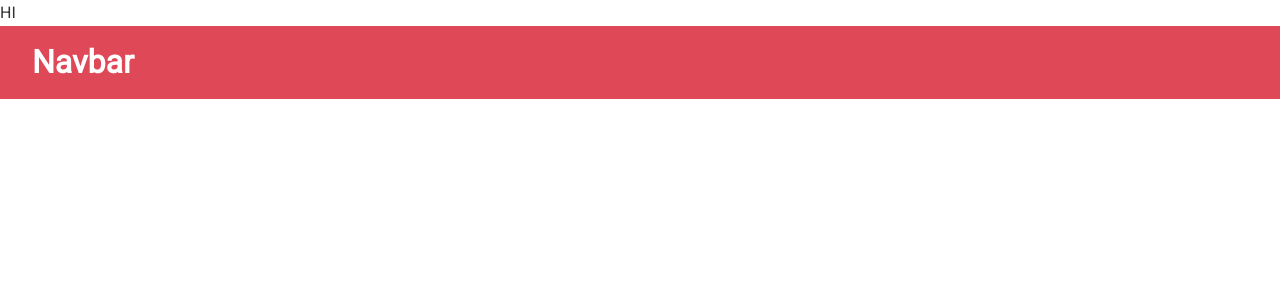
Repository: madebymt/github-finder
Page: /
The author's editor kept a copy of each file at every save. The page is drawn from the files as they stood at one save, then again after the next save.
The browser window is 1280 px wide. The pictures show the whole page.
Some web libraries are served in a nearby version. The project was rebuilt for these pictures with package versions that can differ from the ones it lists, and the page was loaded fresh each time.

Above is the page before, as saved 2019-07-06 10:52:54.

### public/index.html
<!DOCTYPE html>
<html lang="en">
  <head>
    <meta charset="utf-8" />
    <link rel="shortcut icon" href="%PUBLIC_URL%/favicon.ico" />
    <meta name="viewport" content="width=device-width, initial-scale=1" />
    <meta name="theme-color" content="#000000" />

    <link rel="manifest" href="%PUBLIC_URL%/manifest.json" />
    <script src="https://kit.fontawesome.com/0008482327.js"></script>
    <title>React App</title>
  </head>
  <body>
    <noscript>You need to enable JavaScript to run this app.</noscript>
    <div id="root"></div>
    <!--
      This HTML file is a template.
      If you open it directly in the browser, you will see an empty page.

      You can add webfonts, meta tags, or analytics to this file.
      The build step will place the bundled scripts into the <body> tag.

      To begin the development, run `npm start` or `yarn start`.
      To create a production bundle, use `npm run build` or `yarn build`.
    -->
  </body>
</html>

### src/App.js
import React, { Component } from "react";
import "./App.css";
import Navbar from "./components/layout/Navbar";

class App extends Component {
  render() {
    return (
      <div className='App'>
        <p>HI</p>
        <Navbar />
      </div>
    );
  }
}

export default App;

### src/components/layout/Navbar.js
import React, { Component } from "react";

export class Navbar extends Component {
  render() {
    return (
      <div className='navbar bg-primary'>
        <h1>Navbar</h1>
      </div>
    );
  }
}

export default Navbar;

Loaded but not shown: src/index.js (common file); src/App.css (common file)

After the next save:
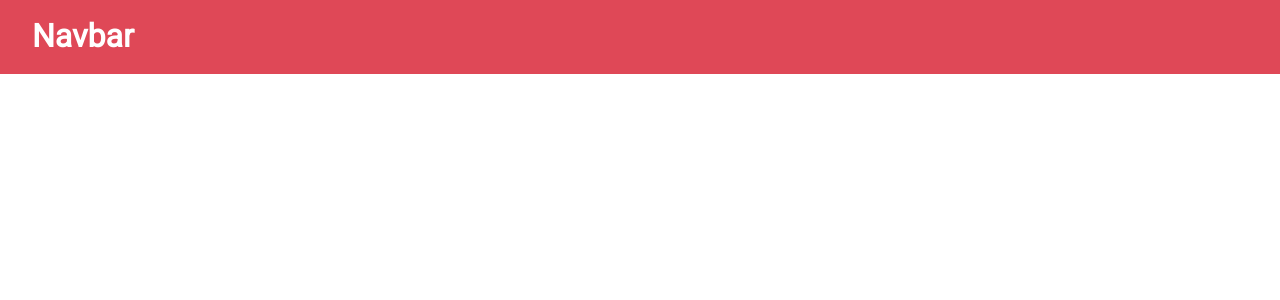
Saved 19 s later.
--- a/src/App.js
+++ b/src/App.js
@@ -6,7 +6,6 @@
   render() {
     return (
       <div className='App'>
-        <p>HI</p>
         <Navbar />
       </div>
     );

After the save that followed:
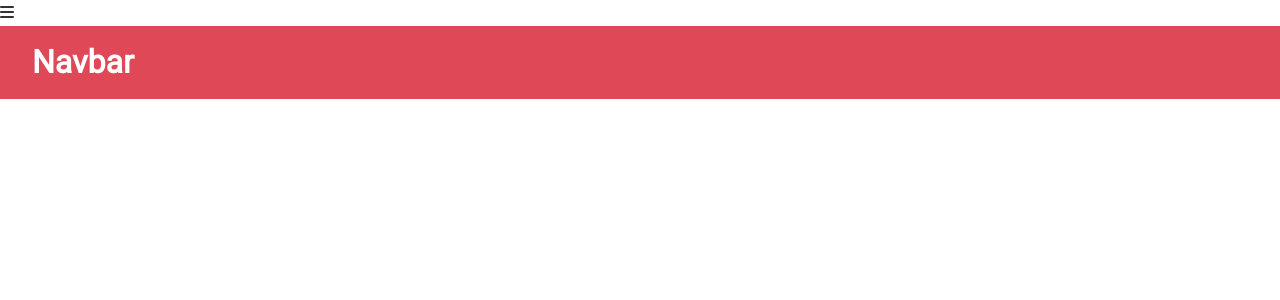
Saved 63 s later.
--- a/src/App.js
+++ b/src/App.js
@@ -6,6 +6,7 @@
   render() {
     return (
       <div className='App'>
+        <i class='fas fa-bars' />
         <Navbar />
       </div>
     );
